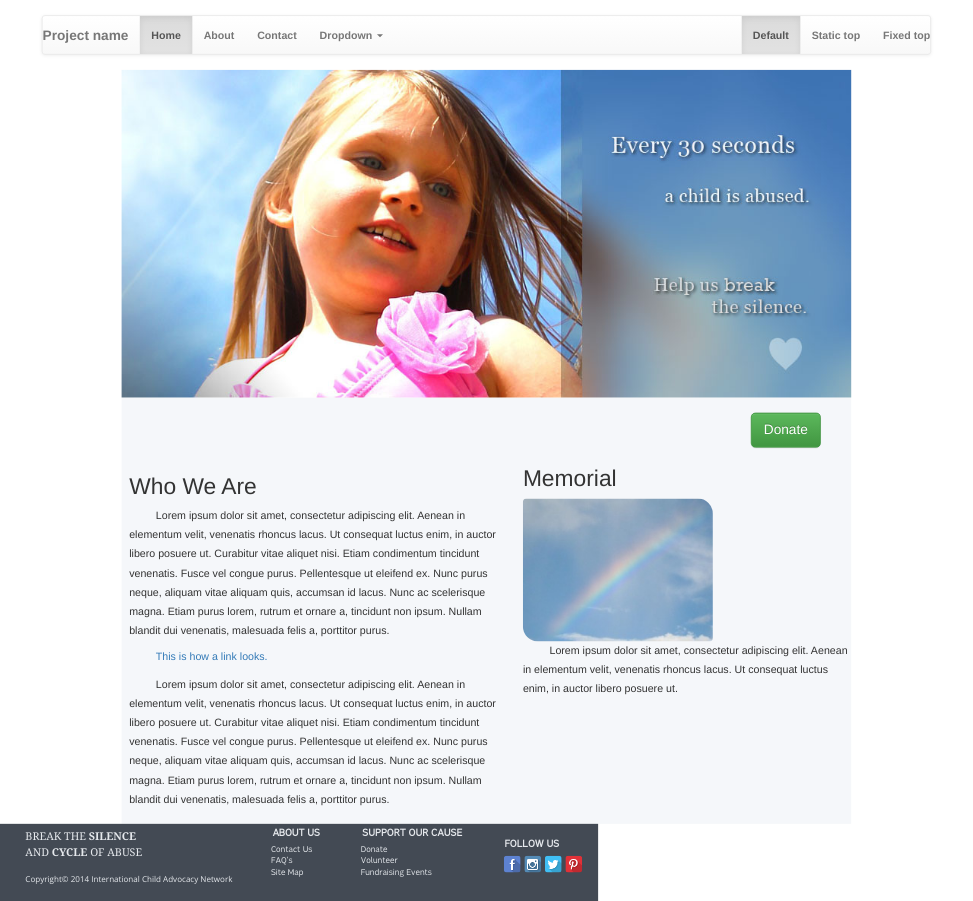
Repository: Rob21789/Yes-I-Can
Page: index.html
The author's editor kept a record of every edit. The page is drawn from the files as they stood at one moment, then again after the next edit.
The browser window is 1280 px wide. The pictures show the whole page, at 76% of full size.
Some web fonts or font styles are not loaded; a fallback is used. Some web libraries are served in a nearby version.

Above is the page before.
Not found: assets/js/ie-emulation-modes-warning.js
Not found: assets/js/ie10-viewport-bug-workaround.js

### index.html
<!DOCTYPE html>
<html lang="en">
  <head>
    <meta http-equiv="X-UA-Compatible" content="IE=edge">
    <meta name="viewport" content="width=device-width, initial-scale=1">
    <!--  ****ADD IN DESCRIPTION AND CONTENT*****
    <meta name="description" content="">
    <meta name="author" content="">
    -->
 	<meta charset="utf-8">
	<title>Yes ICAN: International Child Advocacy Network</title>
	    <!-- Bootstrap core CSS -->


      <!-- Custom styles for this template -->
  <script src="../../assets/js/ie-emulation-modes-warning.js"></script>



  <link href="navbar.css" rel="stylesheet">
	<link rel="stylesheet" href="css/normalize.css"/>
	<link rel="stylesheet" href="css/main.css"/>
	<link rel="stylesheet" href="css/responsive1.css"/>

    <link href="css/bootstrap.min.css" rel="stylesheet">

    <link href="css/bootstrap-theme.min.css" rel="stylesheet">
	<!--<meta name="viewport" content="width=device-width, maximum-scale=1; minimum-scale=1; initial-scale=1.0"> COMMENTED OUT FOR BOOTSTRAP TESTING-->
	<link href='http://fonts.googleapis.com/css?family=Droid+Serif:700|Open+Sans' rel='stylesheet' type='text/css'>
  </head>



  <body>

  	    <div class="container">

      <!-- Static navbar -->
      <nav class="navbar navbar-default">
        <div class="container-fluid">
          <div class="navbar-header">
            <button type="button" class="navbar-toggle collapsed" data-toggle="collapse" data-target="#navbar" aria-expanded="false" aria-controls="navbar">
              <span class="sr-only">Toggle navigation</span>
              <span class="icon-bar"></span>
              <span class="icon-bar"></span>
              <span class="icon-bar"></span>
            </button>
            <a class="navbar-brand" href="#">Project name</a>
          </div>
          <div id="navbar" class="navbar-collapse collapse">
            <ul class="nav navbar-nav">
              <li class="active"><a href="#">Home</a></li>
              <li><a href="#">About</a></li>
              <li><a href="#">Contact</a></li>
              <li class="dropdown">
                <a href="#" class="dropdown-toggle" data-toggle="dropdown" role="button" aria-expanded="false">Dropdown <span class="caret"></span></a>
                <ul class="dropdown-menu" role="menu">
                  <li><a href="#">Action</a></li>
                  <li><a href="#">Another action</a></li>
                  <li><a href="#">Something else here</a></li>
                  <li class="divider"></li>
                  <li class="dropdown-header">Nav header</li>
                  <li><a href="#">Separated link</a></li>
                  <li><a href="#">One more separated link</a></li>
                </ul>
              </li>
            </ul>
            <ul class="nav navbar-nav navbar-right">
              <li class="active"><a href="./">Default <span class="sr-only">(current)</span></a></li>
              <li><a href="../navbar-static-top/">Static top</a></li>
              <li><a href="../navbar-fixed-top/">Fixed top</a></li>
            </ul>
          </div><!--/.nav-collapse -->
        </div><!--/.container-fluid -->
      </nav>
    </div> <!-- /container -->


    <!-- Bootstrap core JavaScript
    ================================================== -->
    <!-- Placed at the end of the document so the pages load faster -->
    <script src="https://ajax.googleapis.com/ajax/libs/jquery/1.11.1/jquery.min.js"></script>
    <script src="../../dist/js/bootstrap.min.js"></script>
    <!-- IE10 viewport hack for Surface/desktop Windows 8 bug -->
    <script src="../../assets/js/ie10-viewport-bug-workaround.js"></script>

  <!--END BOOTSTRAP code-->



 <!--
	<header>

		COMMENT: This is where my header was, but I am commenting it out for editing

		<img id="header" src="img/header.jpg"/> Include transparent logo PNG here
		<div id="header"><a href="index.html"><img id="logo" alt="site logo" src="img/logo.png"/></a></div>


		<nav>
			<ul>
			    <li><a class="selected" href="index.html">Home</a></li>
				<li><a href="chat.html">Get Help</a></li>
				<li><a href="http://community.yesican.org">Community</a></li>
				<li><a href="resources.html">Resources</a></li>
				<li><a href="about.html">About YIC</a></li>
				<li><a href="supportyic.html">Get Involved</a></li>
				<li><a href="donate.html">Donate</a></li>
			</ul>
		</nav>
	</header>
-->

	<img id="banner" alt="home page banner" src="img/banner.jpg"/>
	<!--The main content of the website will go inside of the #wrapper id. It is divided into two sections: #primary & #secondary.-->
	<div id="wrapper">
		<!-- Two sections have been created for desktop view to have two columns. Mobile website will just be stacked-->
		<div id="content">
			<section class="secondary">
				<div style="text-center"></div><button type="button" class="btn pull-right btn-lg btn-success">Donate</button></div>
			</section>
			<section id="primary"><!--Left column content goes here-->
				<h2>Who We Are</h2>
				<p>Lorem ipsum dolor sit amet, consectetur adipiscing elit. Aenean in elementum velit, venenatis rhoncus lacus. Ut consequat luctus enim, in auctor libero posuere ut. Curabitur vitae aliquet nisi. Etiam condimentum tincidunt venenatis. Fusce vel congue purus. Pellentesque ut eleifend ex. Nunc purus neque, aliquam vitae aliquam quis, accumsan id lacus. Nunc ac scelerisque magna. Etiam purus lorem, rutrum et ornare a, tincidunt non ipsum. Nullam blandit dui venenatis, malesuada felis a, porttitor purus.</p>
				<p><a href="#">This is how a link looks.</a></p>
				<p>Lorem ipsum dolor sit amet, consectetur adipiscing elit. Aenean in elementum velit, venenatis rhoncus lacus. Ut consequat luctus enim, in auctor libero posuere ut. Curabitur vitae aliquet nisi. Etiam condimentum tincidunt venenatis. Fusce vel congue purus. Pellentesque ut eleifend ex. Nunc purus neque, aliquam vitae aliquam quis, accumsan id lacus. Nunc ac scelerisque magna. Etiam purus lorem, rutrum et ornare a, tincidunt non ipsum. Nullam blandit dui venenatis, malesuada felis a, porttitor purus.</p>
			</section>

			<section class="secondary"><!--Right column content goes here-->
				<h2>Memorial</h2>
				<img alt="Memorial List" src="img/memorial_list.jpg"/>
				<p>Lorem ipsum dolor sit amet, consectetur adipiscing elit. Aenean in elementum velit, venenatis rhoncus lacus. Ut consequat luctus enim, in auctor libero posuere ut.</p>
			</section>
		</div>
	</div>

	<!--Footer still needs to be completed-->
	<footer>
		<div id="footer-right">
			<ul>
				<li>ABOUT US</li>
				<li><a href="">Contact Us</a></li>
				<li><a href="">FAQ's</a></li>
				<li><a href="">Site Map</a></li>
			</ul>
			<ul>
				<li>SUPPORT OUR CAUSE</li>
				<li><a href="">Donate</a></li>
				<li><a href="">Volunteer</a></li>
				<li><a href="">Fundraising Events</a></li>
			</ul>
			<ul>
				<li>FOLLOW US</li>
				<li>
					<a href="#Facebook"><img src="img/facebook-icon.png" alt="Facebook Logo" class="social-icon"></a>
					<a href="#Instagram"><img src="img/instagram-icon.png" alt="Instagram Logo" class="social-icon"></a>
					<a href="#Twitter"><img src="img/twitter-icon.png" alt="Twitter Logo" class="social-icon"/></a>
					<a href="#Pinterest"><img src="img/pinterest-icon.png" alt="Pinterest Logo" class="social-icon"/></a>
				</li>
			</ul>
		</div>
		<div id="footer-left">
			<p id="footer-slogan">BREAK THE <strong>SILENCE</strong> <br>AND <strong>CYCLE</strong> OF ABUSE</p>
			<p id="copyright">Copyright&copy; 2014 International Child Advocacy Network</p>
		</div>
	</footer>
  </body>
</html>

### css/navbar.css
body {
  padding-top: 20px;
  padding-bottom: 20px;
}

.navbar {
  margin-bottom: 0px;
}

nav a {
  text-decoration:none;
}

### css/main.css
/***********************
GENERAL
***********************/
a {
    text-decoration: underline;
}

a:hover {
    text-decoration: underline;
}

img {

    max-width: 100%;
}

body {
    /*font-family: 'Fabrica', 'Courier New';*/
    font-family: 'Open Sans', sans-serif;
    background-color:#e6e9ed;
    color: #434a54;
}

#wrapper{
    max-width:960px;
    margin: 0 auto;
    background-color: #f5f7fa;
    overflow: auto; /*This fixed the wrapper background color problem that happened bc floating content*/
    line-height: 1.8em;
}
#wrapper img {
    border-radius:5px 20px 5px;
}

#wrapper p {
    text-indent: 2.5em;
}

#banner {
    margin-left: auto;
    margin-right:auto;
    padding: 0;
    display:block;
    clear:both;
}

#content {
    padding:20px 40px;
    padding-bottom:50px;
}

h1, h2, h3 {
    font-family: 'Droid Serif', serif;
}

.selected {
     color:#0B108C;
    text-decoration: none;
}


/***********************
HEADER - Top image strip above banner
***********************/
#logo {
    text-align:right;
    max-height:100%;
    max-width:100%;
    padding: 10px 0px 10px 30px;
}

#header {
    background-image: url(../img/header.jpg);
    background-repeat: no-repeat;
    background-position: top;
    margin: 0 auto;
    max-width:960px;
}

/*Commented out for testing new header technique
#header {
margin-left: auto;
margin-right: auto;
padding: 0;
display: block;
clear: both;
font-family: 'Fabrica', Arial;
}

*******/

/***********************
NAVIGATION - Main site navigation
***********************/

/**
nav{
    background-color:#4888dc;
    text-align:center;
    color:blue;
    max-width:960px;
    margin: 0 auto;
    text-align:center;
    font-size:1.2em;
}
nav ul{
    list-style:none;
    margin:0 10px; /*Can be change later on in the design if it doesn't work*/
}
nav li{
    /*Inline, mostly text. Appears in the same line, inline as the rest of the text. Block
      pushes other items out of the page. Inline block maintains width and
      height but is in line with other images*/
    display:inline-block;
    list-style:none;
    padding:1%;
    /*padding: .4em 1.5em;*/
}

nav a {
    font-weight: 800;
}

nav a:visited, nav a:link {
    color:#f5f7fa;
    text-decoration: none;
}

nav a:hover {
    color:#0B108C;
    text-decoration: none;
}


nav ul li a.selected { /*Highlights current page for users*/
    color:#0B108C;
}

/**********************
FOOTER
**********************/
footer {
    font-family: 'Open Sans', sans-serif;
    max-width:950px;
    background-color:#434a54;
    font-size:0.75em;
    clear:both;
    color:#e6e9ed; overflow:auto;
    margin: 0 auto;
    padding:5px;
}
footer h3{
    padding-left: .9em;
    font-family: 'Open Sans', sans-serif;
}
footer ul {
    display:inline-block;
    list-style-type: none;
    }
footer ul li{
    list-style:none;
    text-decoration:none;
    margin-left: 1em;
}
footer ul li a{
    color:#e6e9ed;
    text-decoration:none;
}

footer a:hover {
    color:#FFFFFF; /*Change hover color to make it more prominent*/
}


/**********************
RIGHT SIDE OF FOOTER - Contains links and social media icons
**********************/
#footer-right {
    float:right;
    margin-right:15px;
}

#footer-right li:nth-child(1) { /*Styles footer headers*/
    font-weight:bold;
    font-size:1.2em;
    padding-bottom:4px;
}

.social-icon {
    display:inline-block;
    width:24px;
    height:24px;
    margin-bottom:22.7px; /*controls height of "follow us" in footer*/
    padding:1px;
    border-radius: 20%;
}

/**********************
LEFT SIDE OF FOOTER - Contains copyright and slogan
**********************/
#footer-left {
    float:left;
    padding-left: 2em;
    text-align:left;
    font-size: 1.35em;
    display:inline-block;
    line-height: 1.5em;
}

#footer-slogan {
    font-family: 'Georgia', 'Droid Serif', sans-serif;
}

#copyright{
    font-size: .75em;
    text-align:left;
    margin-top: 5px;
    display:inline-block;
    font-family: 'Open Sans', sans-serif;
}

/***********************
CONTENT TEMPLATE - Content template for all other pages
***********************/

### css/responsive1.css
/*This is the placeholder for responsive CSS that we will implement for mobile design*/

/* Smartphones ----------- */
@media screen and (max-width: 519px){
/* Styles */

  #content{
    float:none;
    padding:0;
    width: auto;
  }

  img{
    max-width: 100%;
    height: auto;
    width:auto\9; /*for ie8*/
  }

  body{
    float:left;
    font-family: 'Fabrica';
  }

  #logo {
   margin-right:auto;
   max-width: 100%;
   height: auto;
   padding: 0;
  }

  #wrapper{
    margin: 0 auto;
  }
  #wrapper p{
    text-indent: 0;
  }

  h1, h2, h3 {
    font-family: 'Fabrica';
  }

  nav{
    position: relative;
    min-height: 40px;
  }

  nav ul{
    position:absolute;
    width: 180px;
    padding: 5px,0;
    top: 0;
    left: 0;
    border: solid 1px #aaa;
    background: #fff url(../img/menu-bar-mobile.jpg) no-repeat 10px 11px;
    border-radius: 5px;
    box-shadow: 0 1px 2px rgba(0,0,0,.3);
  }

  nav ul:hover li{
    display: block;
    margin: 0 0 5px;
  }

  nav a:hover {
    display:block;
  }

  nav li{
    display:none;
    margin:none;
  }

  #banner{
    display: none;
  }

  footer{
    font-family: 'Fabrica';
    float:left;
  }
}

/*Ipads and Tablets*/
@media screen and (min-width:960px) and (max-device-width: 1024px) and (orientation: landscape){
  footer{
    font-family: 'Fabrica';
    float: left;
  }

  body{
    font-family: 'Fabrica';
  }

   #primary {
    width: 55%;
    float: left;
    padding:10px;
  }

  #secondary {
    width: 30%;
    float: right;
    padding:10px;
  }
}

/* Desktops and laptops ----------- */
@media screen and (min-width: 1200px){
/* Styles */
  #primary {
    width: 55%;
    float: left;
    padding:10px;
  }

  #secondary {
    width: 30%;
    float: right;
    padding:10px;
  }
}

/*************************************
  TWO COLUMN LAYOUT

 Will target anything larger than average smartphone.
This is helpful for normal sized tablets, very large smartphones, and very small desktop windows.
***************************************/
@font-face {
    font-family: 'Fabrica';
    font-style: normal;
    font-weight: 100;
    src: local('Fabrica'), local('Fabrica'), url('/font/Fabrica.otf') format('opentype');
    }

Loaded but not shown: css/normalize.css (library); css/bootstrap.min.css (library); css/bootstrap-theme.min.css (library); js/bootstrap.min.js (library)

After the next edit:
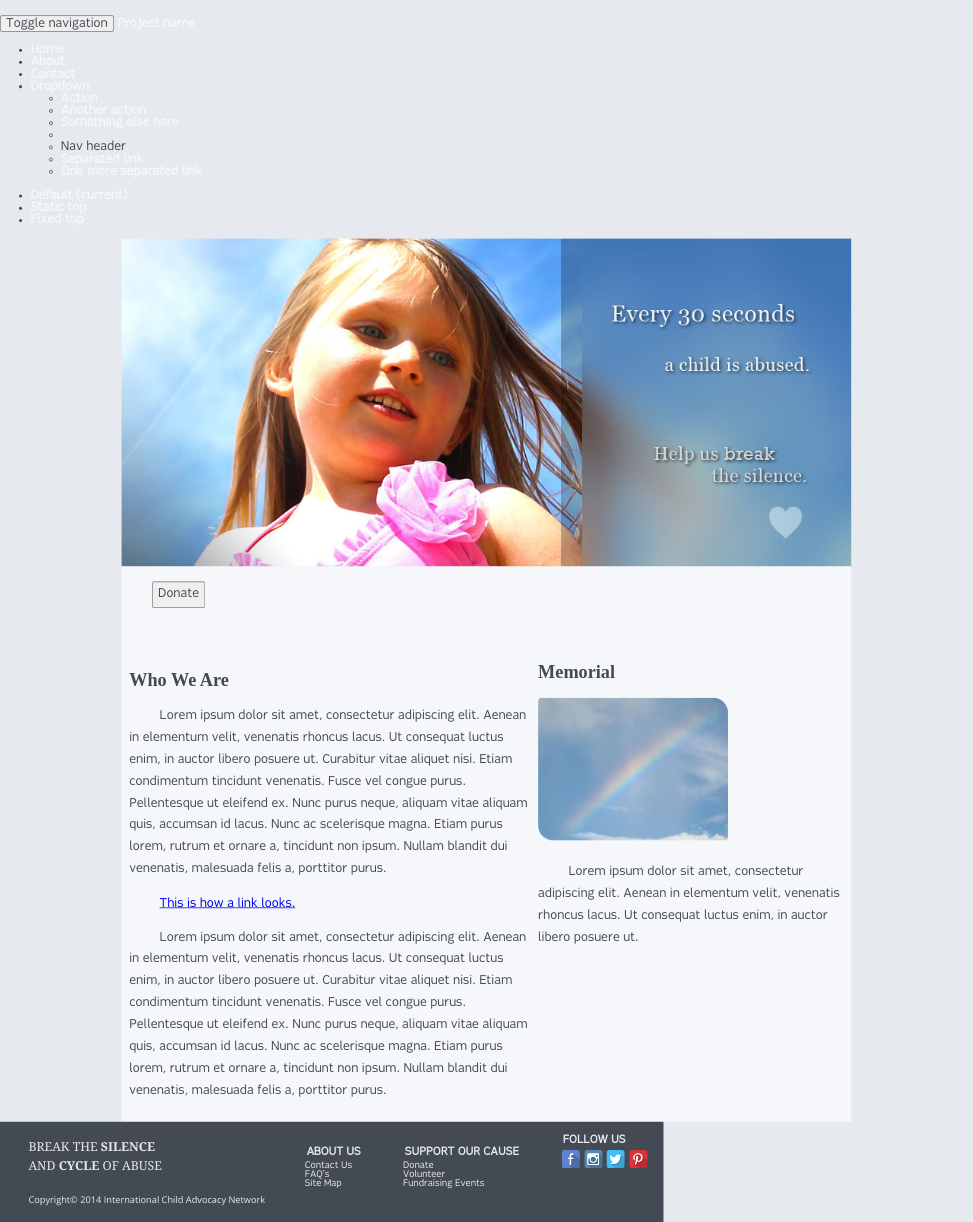
The edit:
--- a/index.html
+++ b/index.html
@@ -21,10 +21,6 @@
 	<link rel="stylesheet" href="css/normalize.css"/>
 	<link rel="stylesheet" href="css/main.css"/>
 	<link rel="stylesheet" href="css/responsive1.css"/>
-
-    <link href="css/bootstrap.min.css" rel="stylesheet">
-
-    <link href="css/bootstrap-theme.min.css" rel="stylesheet">
 	<!--<meta name="viewport" content="width=device-width, maximum-scale=1; minimum-scale=1; initial-scale=1.0"> COMMENTED OUT FOR BOOTSTRAP TESTING-->
 	<link href='http://fonts.googleapis.com/css?family=Droid+Serif:700|Open+Sans' rel='stylesheet' type='text/css'>
   </head>
